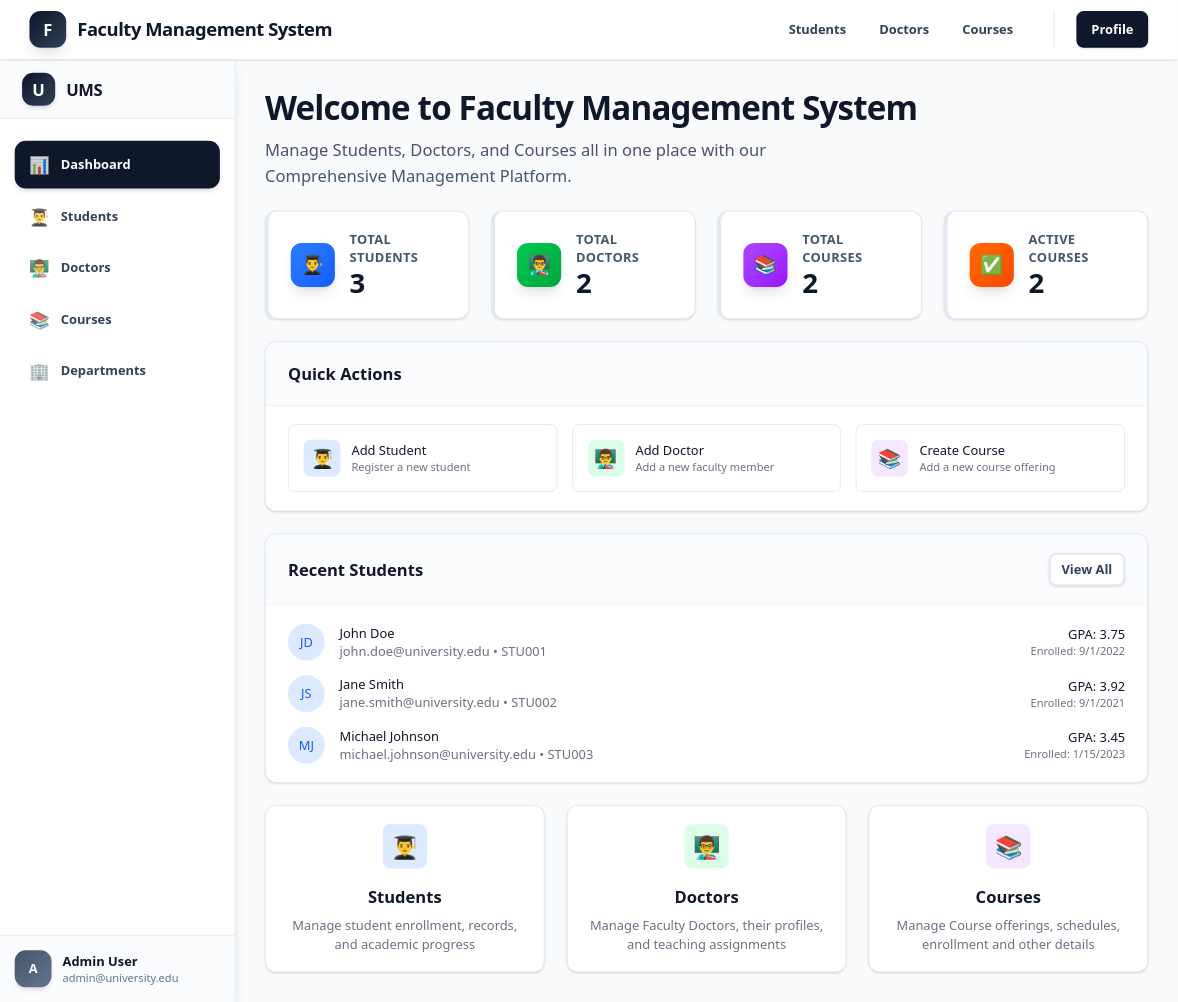
Repository: Mohamedmohsen179/Advanced-DB-Task
Page: / (app in frontend/)
An editor plug-in stored every save of this project. The page is shown before and after the next save, followed by the edit.
The browser window is 1280 px wide. The pictures show the whole page, at 92% of full size.
The project was rebuilt for these pictures with package versions that can differ from the ones it lists, and the page was loaded fresh each time. The framework's server and built-in components were replaced by stand-ins that run in the browser. Settings that the repository does not hold, such as keys and server addresses, were given made-up values. Also part of the build but not shown: frontend/next.config.ts.

Above is the page before, as saved 2025-11-28 19:59:47.

After the next save:
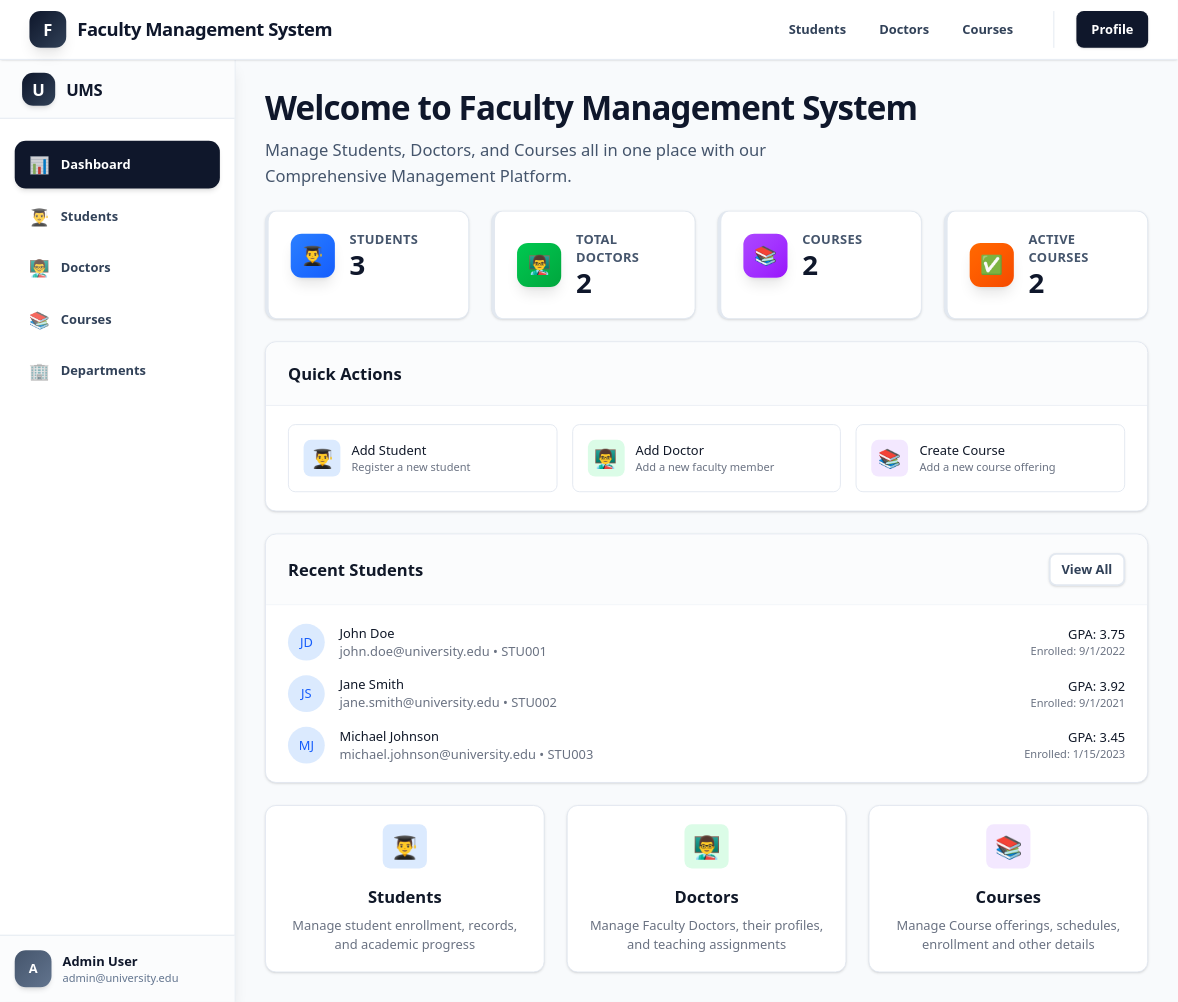
Saved 86 s later.
--- a/frontend/app/page.tsx
+++ b/frontend/app/page.tsx
@@ -80,7 +80,7 @@ export default function Home() {
                 </div>
               </div>
               <div className="ml-4">
-                <p className="text-sm font-semibold text-slate-600 uppercase tracking-wide">Total Students</p>
+                <p className="text-sm font-semibold text-slate-600 uppercase tracking-wide">Students</p>
                 <p className="text-3xl font-bold text-slate-900">{stats.studentsCount}</p>
               </div>
             </div>
@@ -112,7 +112,7 @@ export default function Home() {
                 </div>
               </div>
               <div className="ml-4">
-                <p className="text-sm font-semibold text-slate-600 uppercase tracking-wide">Total Courses</p>
+                <p className="text-sm font-semibold text-slate-600 uppercase tracking-wide">Courses</p>
                 <p className="text-3xl font-bold text-slate-900">{stats.coursesCount}</p>
               </div>
             </div>
